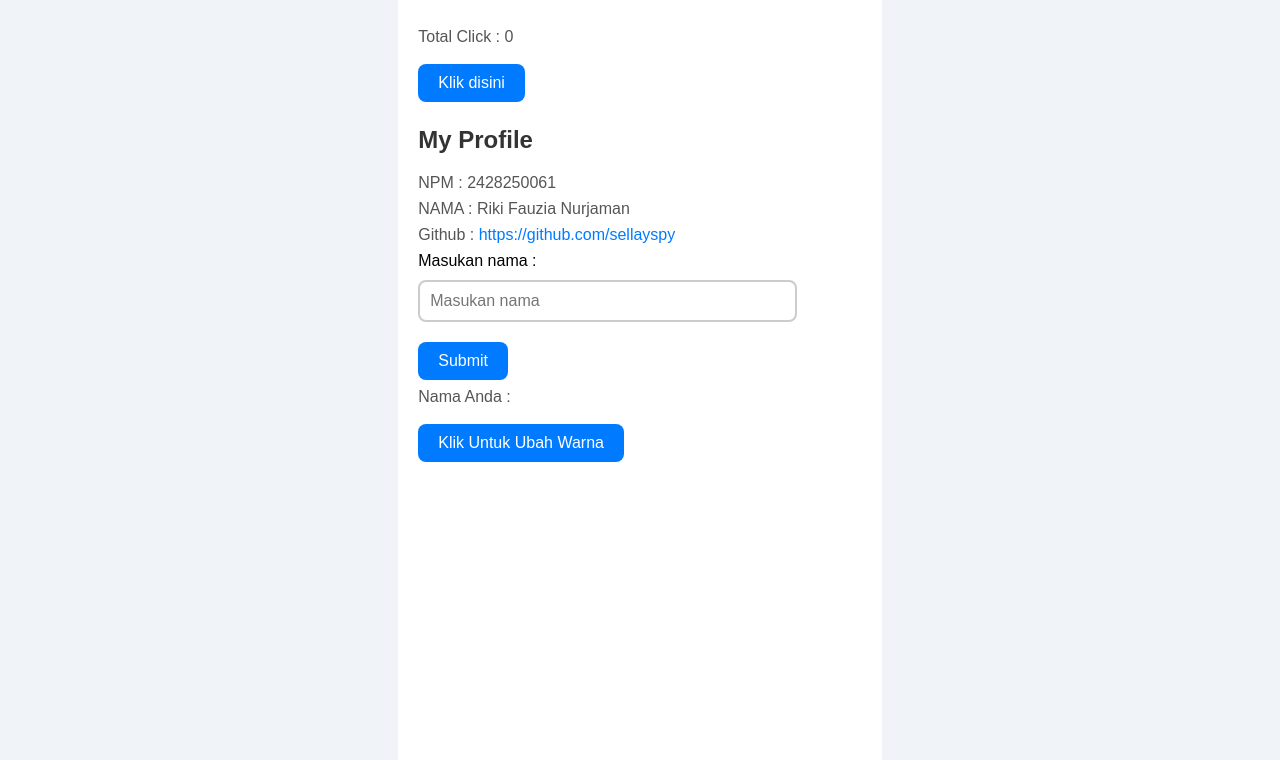
Repository: sellayspy/tugasCoachingProcom
Page: /
An editor plug-in stored every save of this project. The page is shown before and after the next save, followed by the edit.
The browser window is 1280 px wide. The pictures show the whole page.
The project was rebuilt for these pictures with package versions that can differ from the ones it lists, and the page was loaded fresh each time. Also part of the build but not shown: vite.config.js, src/index.css.

Above is the page before, as saved 2024-11-23 15:52:57.

After the next save:
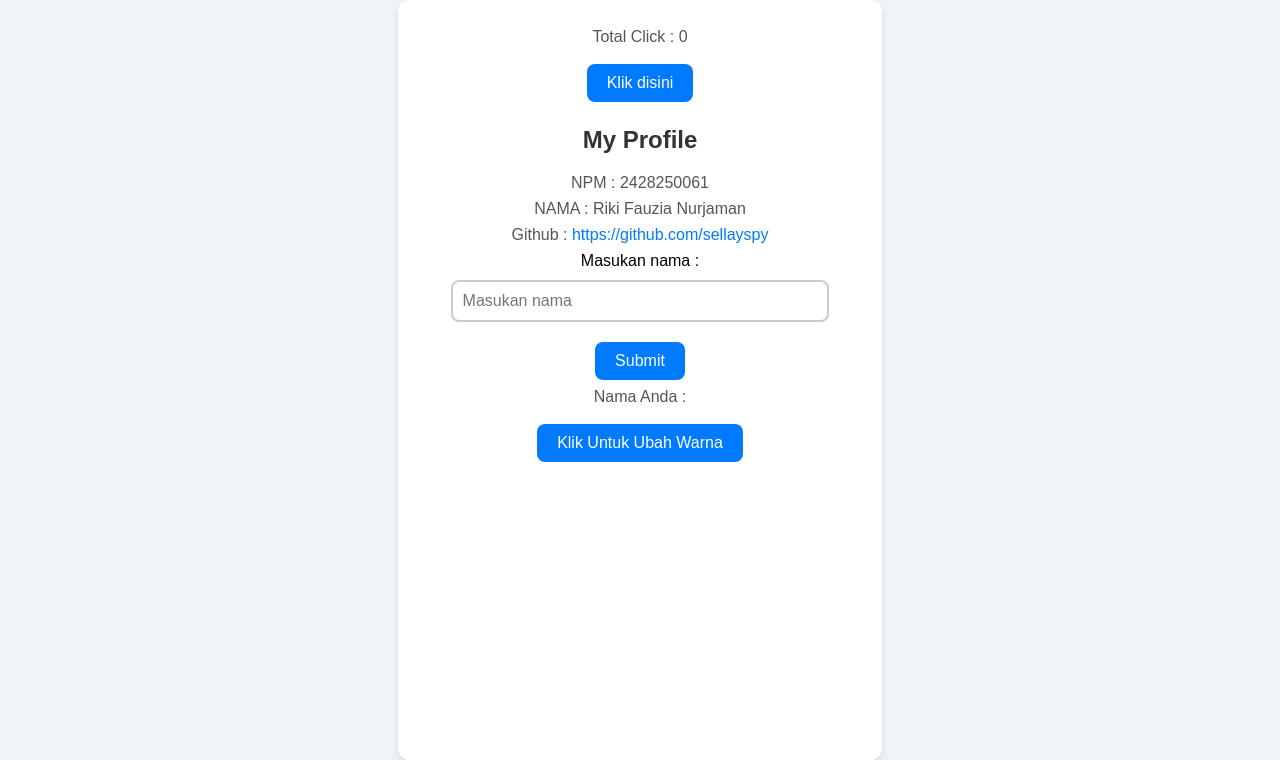
Saved 52 s later.
--- a/src/App.jsx
+++ b/src/App.jsx
@@ -14,6 +14,7 @@ function App() {
   return (
     <>
       <div
+        className="container"
         style={{
           backgroundColor: color,
           minHeight: "100vh",
@@ -29,7 +30,9 @@ function App() {
         />
         <Form />
 
-        <button onClick={randomBackground}>Klik Untuk Ubah Warna</button>
+        <button className="btn-background" onClick={randomBackground}>
+          Klik Untuk Ubah Warna
+        </button>
       </div>
     </>
   );
